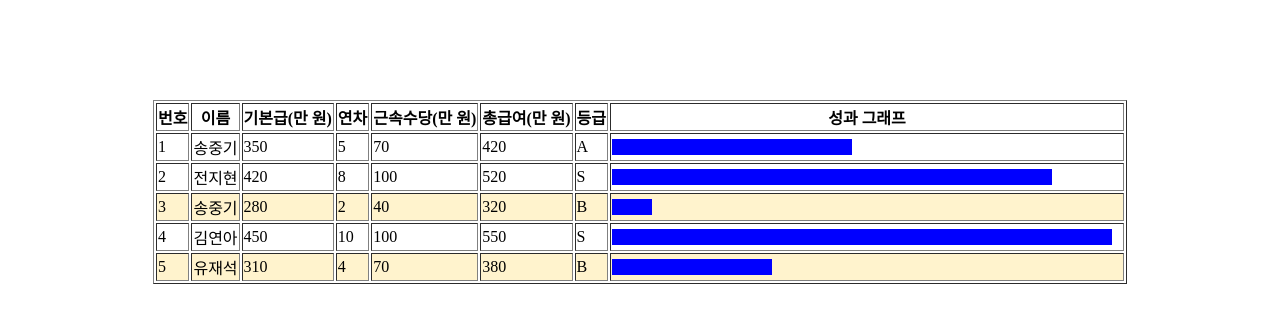
Repository: kkw3202/Jsp2026
Page: http://localhost/chapter01/exsample_salary.jsp
An editor plug-in stored every save of this project. The page is shown before and after the next save, followed by the edit.
The browser window is 1280 px wide. The pictures show the whole page.
The page is served by Tomcat 9.

Above is the page before, as saved 2026-10-16 07:36:29.

### chapter01/src/main/webapp/exsample_salary.jsp
<%@ page language="java" contentType="text/html; charset=UTF-8"
    pageEncoding="UTF-8" import="java.util.*"%>
<!DOCTYPE html>
<html>
<head>
<meta charset="UTF-8">
<title>Insert title here</title>
</head>
<body>
	<table border="1px" style="margin: 100px auto;">
		<thead>
			<tr>
				<th>번호</th>
				<th>이름</th>
				<th>기본급(만 원)</th>
				<th>연차</th>
				<th>근속수당(만 원)</th>
				<th>총급여(만 원)</th>
				<th>등급</th>
				<th>성과 그래프</th>
			</tr>
		</thead>
		<tbody>
			<%!
				String[] names = {"송중기","전지현","송중기","김연아","유재석"};
				int[] basePays = {350, 420, 280, 450, 310};
				int[] years = {5, 8, 2, 10, 4};
			%>

			<%!
				public int getBonus(int year){
					return (year >= 7 ? 100 :
								year >= 4 ? 70 : 40);
				}
				public int getTotalPay(int basePay, int bonus){
					return basePay + bonus;
				}
				public String getGrade(int totalPay){
					return (totalPay >= 500 ? "S" :
								totalPay >= 400 ? "A" :
									totalPay >= 300 ? "B" : "C");
				}
			%>

			<%
				for(int i = 0; i<names.length; i++){
					int bonus = getBonus(years[i]);
					int totalPay = getTotalPay(basePays[i], bonus);
			%>
			<tr style='background-color: <%= totalPay < 400 ? "#fff3cd" : "" %>' >
				<td><%= i+1 %></td>
				<td><%= names[i] %></td>
				<td><%= basePays[i] %></td>
				<td><%= years[i] %></td>
				<td><%= bonus %></td>
				<td><%= totalPay %></td>
				<td><%= getGrade(totalPay) %></td>
				<td><div style='width: <%= (totalPay - 300)*2 %>px; height: 16px; background-color: blue; margin-right:10px;'></div></td>
			</tr>
			<%
				}
			%>

		</tbody>
	</table>
</body>
</html>

After the next save:
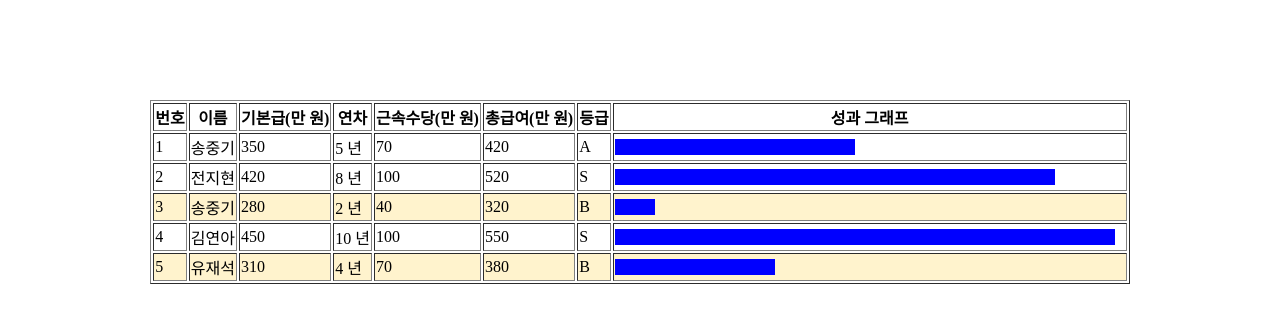
Saved 12 s later.
--- a/chapter01/src/main/webapp/exsample_salary.jsp
+++ b/chapter01/src/main/webapp/exsample_salary.jsp
@@ -51,7 +51,7 @@
 				<td><%= i+1 %></td>
 				<td><%= names[i] %></td>
 				<td><%= basePays[i] %></td>
-				<td><%= years[i] %></td>
+				<td><%= years[i] %> 년</td>
 				<td><%= bonus %></td>
 				<td><%= totalPay %></td>
 				<td><%= getGrade(totalPay) %></td>
